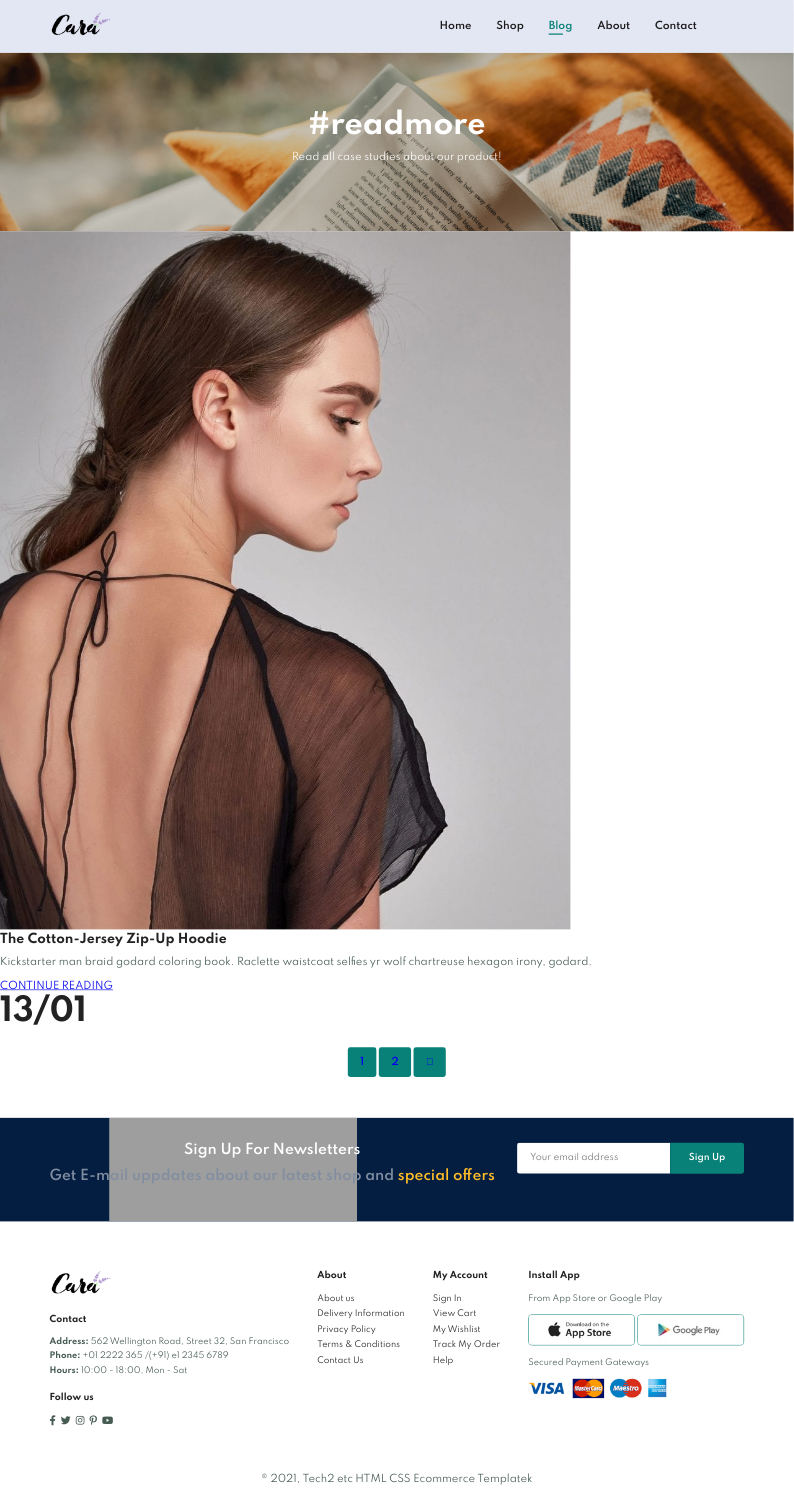
Repository: MinhNhatIT2901/Ecommerce
Page: blog.html
The author's editor kept a copy of each file at every save. The page is drawn from the files as they stood at one save, then again after the next save.
The browser window is 1280 px wide. The pictures show the whole page, at 62% of full size.
Pictures or frames that could not be fetched are drawn as grey boxes. Some web libraries are served in a nearby version.

Above is the page before, as saved 2022-01-08 22:39:07.

After the next save:
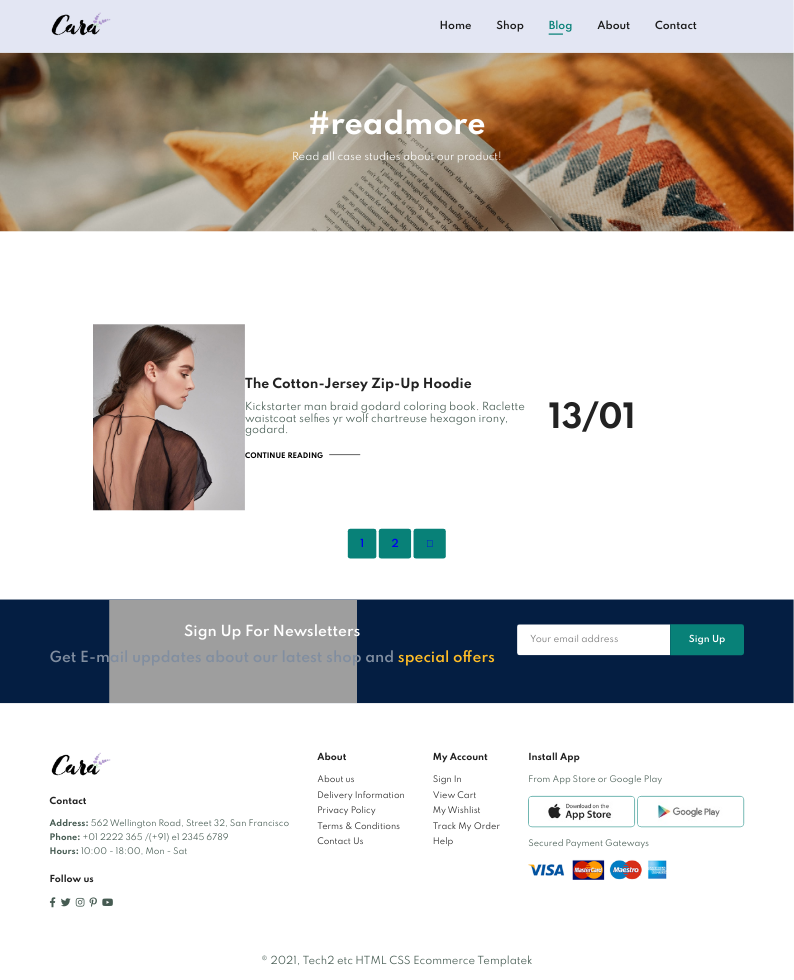
Saved 9 min 21 s later.
--- a/style.css
+++ b/style.css
@@ -631,6 +631,46 @@ footer a:hover {
 }
 
 #blog {
+  padding: 150px 150px 0 150px;
+}
+
+#blog .blog-box {
+  display: flex;
+  align-items: center;
+  width: 100%;
+}
+
+#blog .box-img {
+  width: 50%;
+  margin-right: 40px;
+}
+
+#blog img {
+  width: 100%;
+  height: 300px;
+  object-fit: cover;
+}
+
+#blog .blog-details {
+  width: 50%;
+}
+
+#blog .blog-details a {
+  text-decoration: none;
+  font-size: 11px;
+  color: #000;
+  font-weight: 700;
+  position: relative;
+}
+
+#blog .blog-details a::after {
+  content: "";
+  width: 50px;
+  height: 1px;
+  background-color: #000;
+  position: absolute;
+  top: 4px;
+  right: -60px;
 }
 
 /* Reponsive Start Media */
